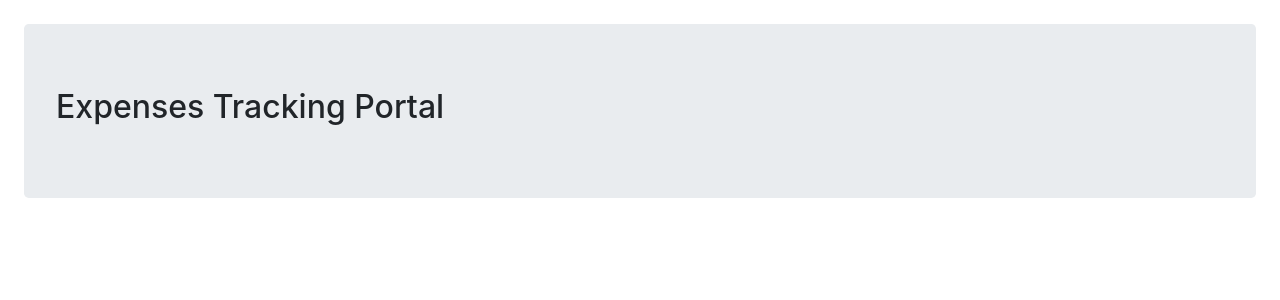
Repository: avamsykiran/SpringBoot_11May2021_12May2021_12001800
Page: http://localhost/expenses-tracker-portal/pages/register.jsp
The author's editor kept a copy of each file at every save. The page is drawn from the files as they stood at one save, then again after the next save.
The browser window is 1280 px wide. The pictures show the whole page.
The page is served by Tomcat 9. Other server files are loaded and not shown.

Above is the page before, as saved 2021-05-11 09:57:05.

### WS/expenses-tracker-portal/src/main/webapp/pages/register.jsp
<html>
	<head>
		<link rel="stylesheet" href="https://stackpath.bootstrapcdn.com/bootstrap/4.3.1/css/bootstrap.min.css" integrity="sha384-ggOyR0iXCbMQv3Xipma34MD+dH/1fQ784/j6cY/iJTQUOhcWr7x9JvoRxT2MZw1T" crossorigin="anonymous">
	</head>
	<body>
		<main class="container-fluid p-4">
			<header class="jumbotron">
				<h2>Expenses Tracking Portal</h2>
			</header>
		</main>
	</body>
</html>

After the next save:
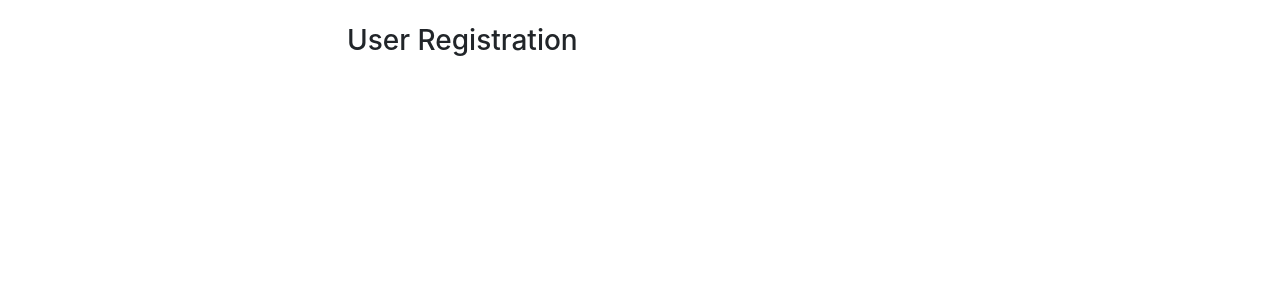
Saved 6 min 29 s later.
--- a/WS/expenses-tracker-portal/src/main/webapp/pages/register.jsp
+++ b/WS/expenses-tracker-portal/src/main/webapp/pages/register.jsp
@@ -4,9 +4,11 @@
 	</head>
 	<body>
 		<main class="container-fluid p-4">
-			<header class="jumbotron">
-				<h2>Expenses Tracking Portal</h2>
-			</header>
+			<section class="col-sm-6 mx-auto">
+				<h3> User Registration</h3>
+
+			</section>
+
 		</main>
 	</body>
 </html>
